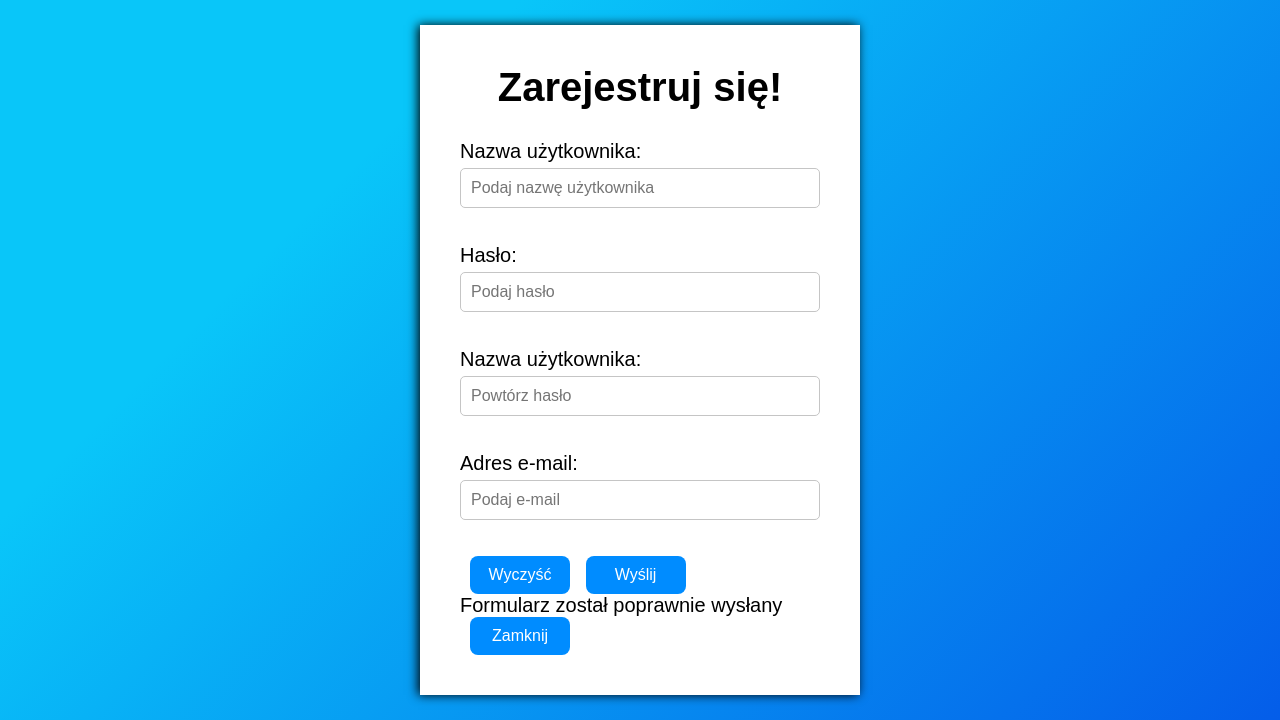
Repository: KrzysKolo/Projekt-3_Formularz-rejestracyjny
Page: index.html
These files come from the project's save history. The page is drawn as it stood at one moment and after the next save; the edit follows.
The browser window is 1280 px wide. The pictures show the whole page.
Some web fonts or font styles are not loaded; a fallback is used.

Above is the page before, as saved 2020-07-04 02:27:42.

After the next save:
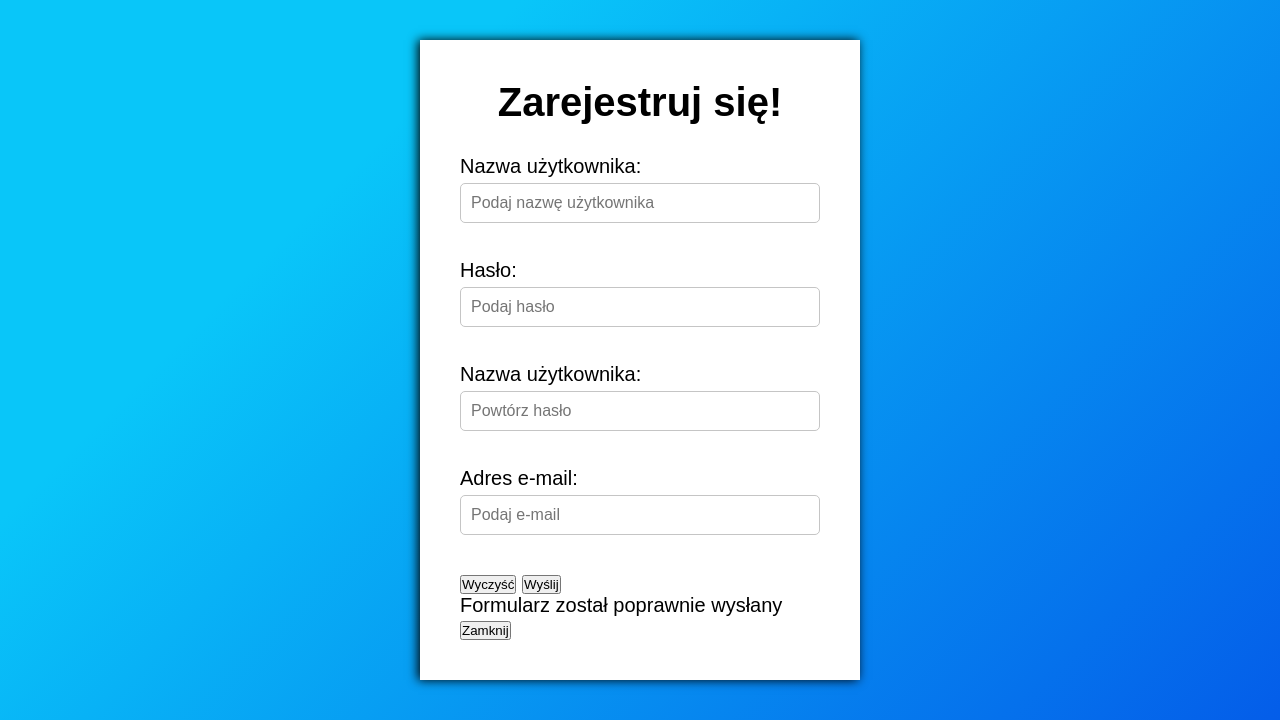
Saved 31 s later.
--- a/css/style.css
+++ b/css/style.css
@@ -60,16 +60,6 @@
 .send,
 .clear,
 .close {
-  display: inline-block;
-  padding: 10px 0;
-  margin-left: 10px;
-  width: 100px;
-  font-size: 16px;
-  background-color: rgb(0, 140, 255);
-  color: #fff;
-  border: none;
-  border-radius: 8px;
-  cursor: pointer;
 }
 .send:hover,
 .clear:hover,

After the save that followed:
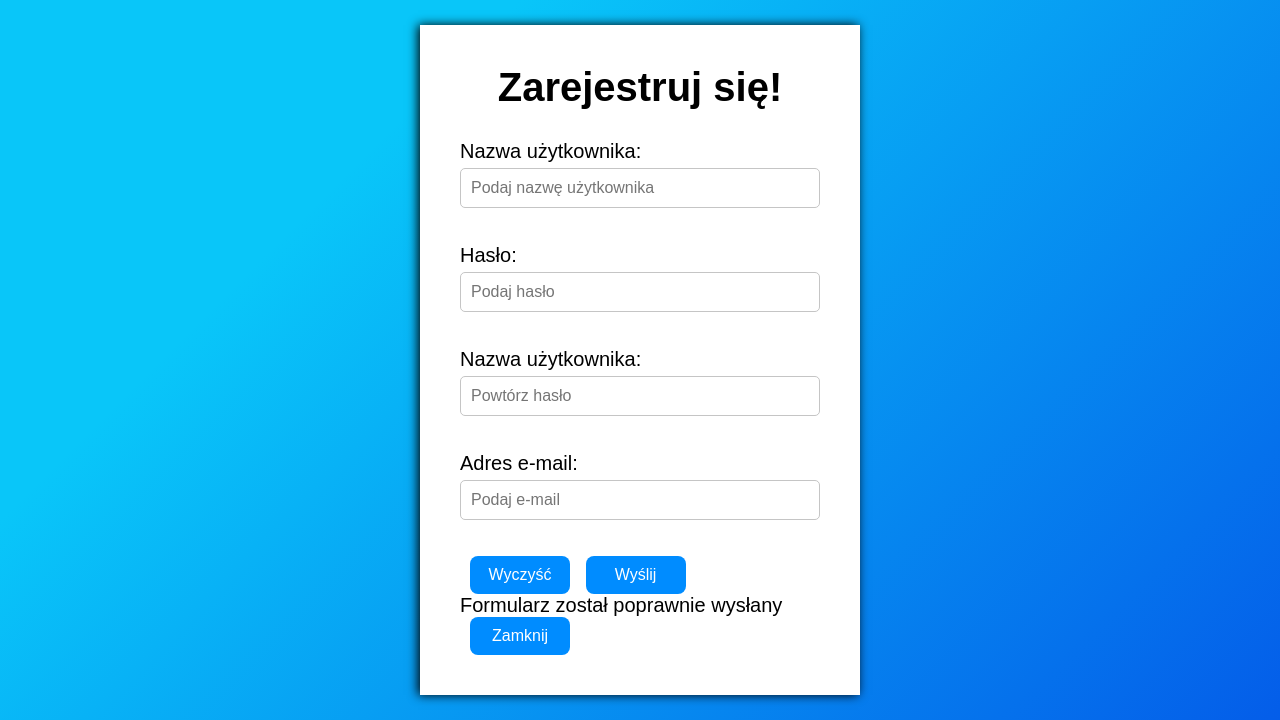
Saved 26 s later.
--- a/css/style.css
+++ b/css/style.css
@@ -60,6 +60,16 @@
 .send,
 .clear,
 .close {
+  display: inline-block;
+  padding: 10px 0;
+  margin-left: 10px;
+  width: 100px;
+  font-size: 16px;
+  background-color: rgb(0, 140, 255);
+  color: #fff;
+  border: none;
+  border-radius: 8px;
+  cursor: pointer;
 }
 .send:hover,
 .clear:hover,
